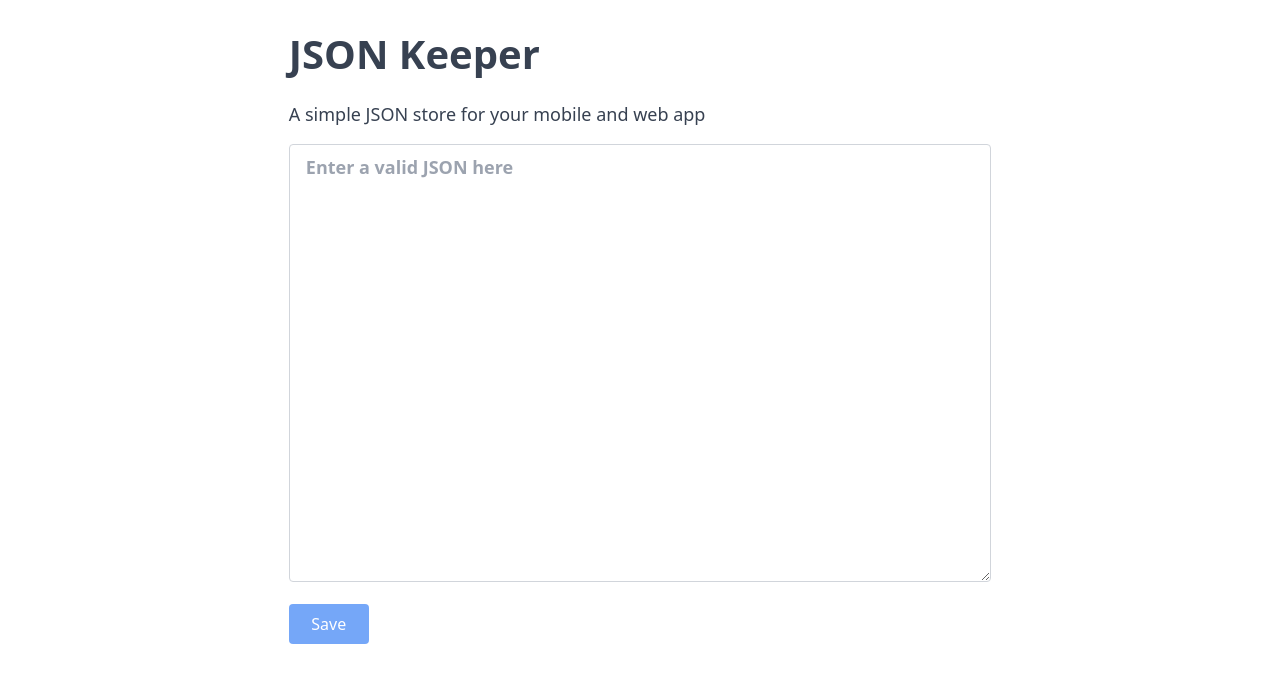
Repository: lakshithapramodya/jsonhub
Page: / (app in client/)
An editor plug-in stored every save of this project. The page is shown before and after the next save, followed by the edit.
The browser window is 1280 px wide. The pictures show the whole page.
The page's requests for data from a server got no answer. The project was rebuilt for these pictures with package versions that can differ from the ones it lists, and the page was loaded fresh each time. No one was signed in, and anything a server would have sent is missing. Also part of the build but not shown: client/src/HandleJsonData.js.

Above is the page before, as saved 2023-05-10 12:38:53.

After the next save:
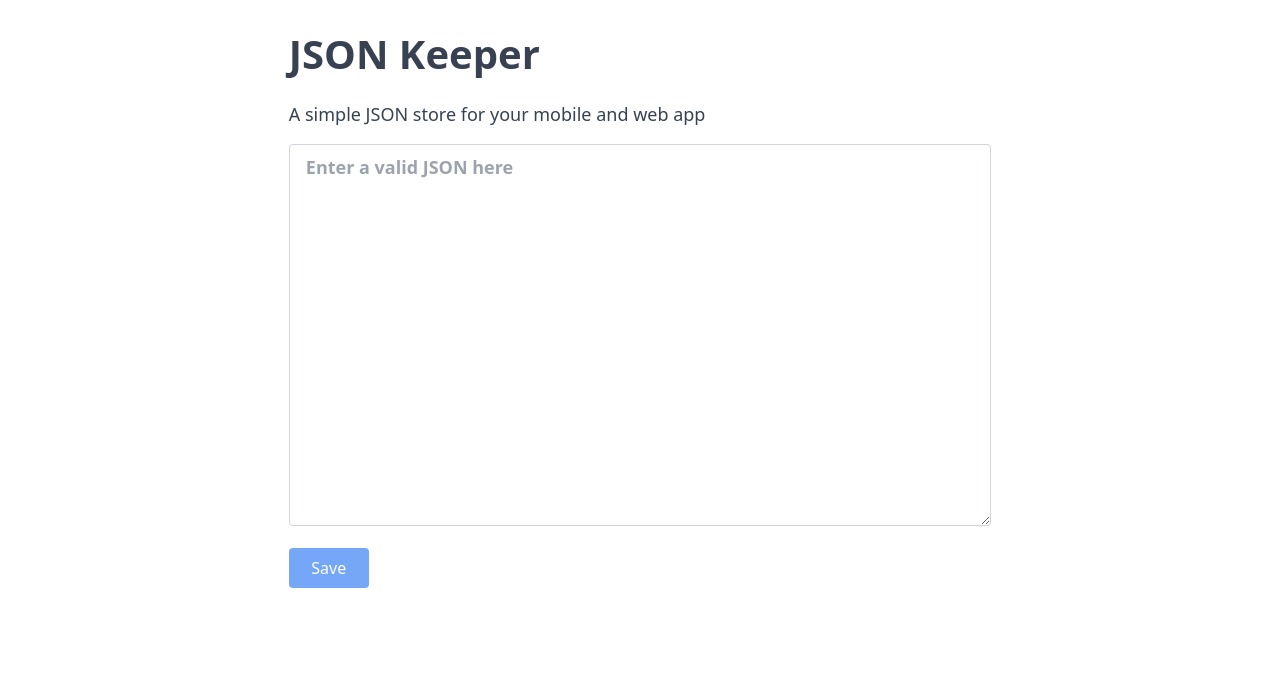
Saved 11 s later.
--- a/client/src/App.js
+++ b/client/src/App.js
@@ -52,7 +52,7 @@ function App() {
             placeholder="Enter a valid JSON here"
             onChange={(e) => setInput(e.target.value)}
             value={input}
-            rows={15}
+            rows={13}
             className={`border border-gray-300 w-full rounded p-2 px-4 text-lg font-semibold focus:outline-none`}
           />
           <button
